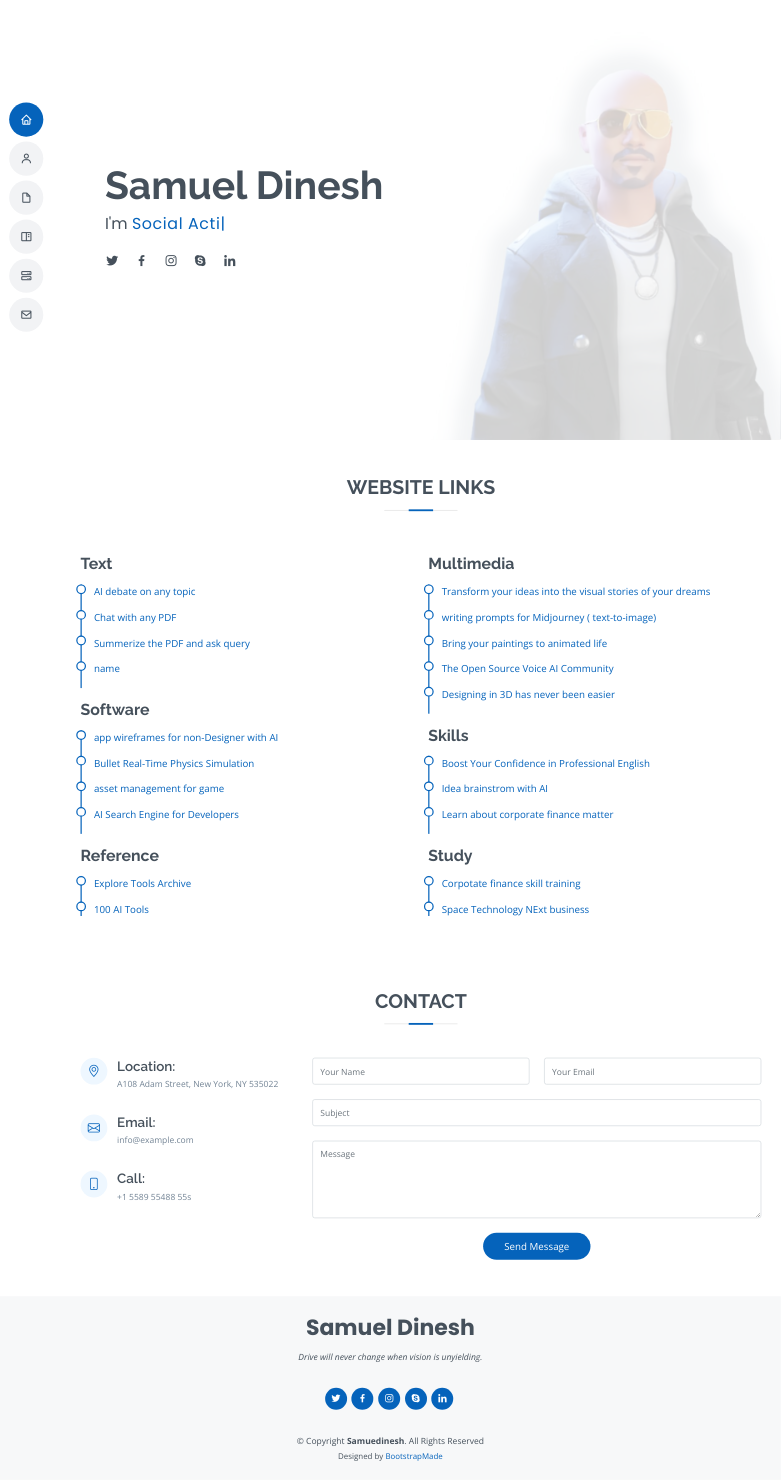
Repository: samueldinesh/web
Page: index.html
The author's editor kept a copy of each file at every save. The page is drawn from the files as they stood at one save, then again after the next save.
The browser window is 1280 px wide. The pictures show the whole page, at 61% of full size.

Above is the page before, as saved 2023-04-06 12:46:54.

After the next save:
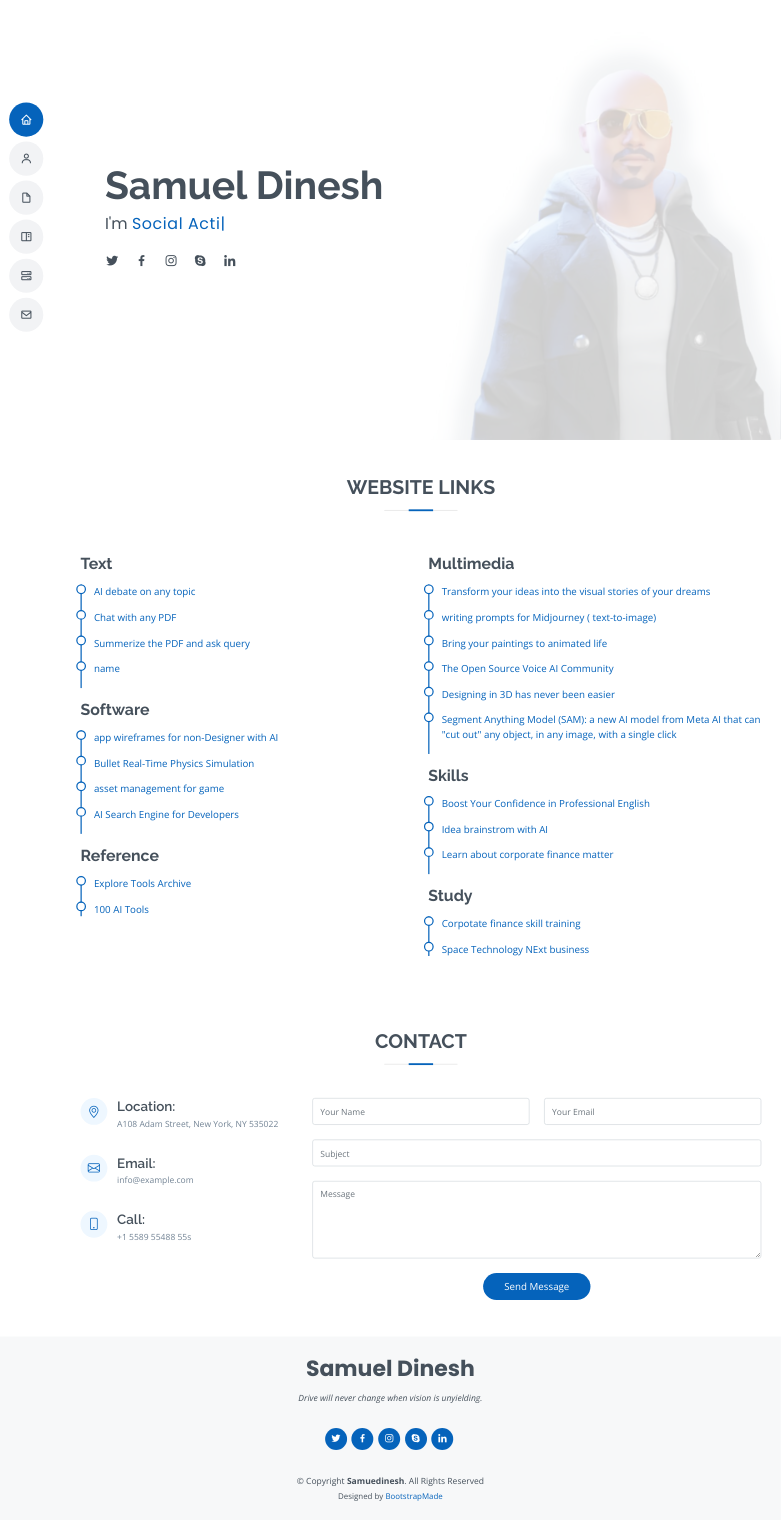
Saved 83 s later.
--- a/index.html
+++ b/index.html
@@ -146,6 +146,9 @@
             <div class="resume-item">
               <a href="https://app.spline.design/home">Designing in 3D has never been easier</a>
             </div>
+            <div class="resume-item">
+              <a href="https://segment-anything.com/">Segment Anything Model (SAM): a new AI model from Meta AI that can "cut out" any object, in any image, with a single click</a>
+            </div>
 
 
 
